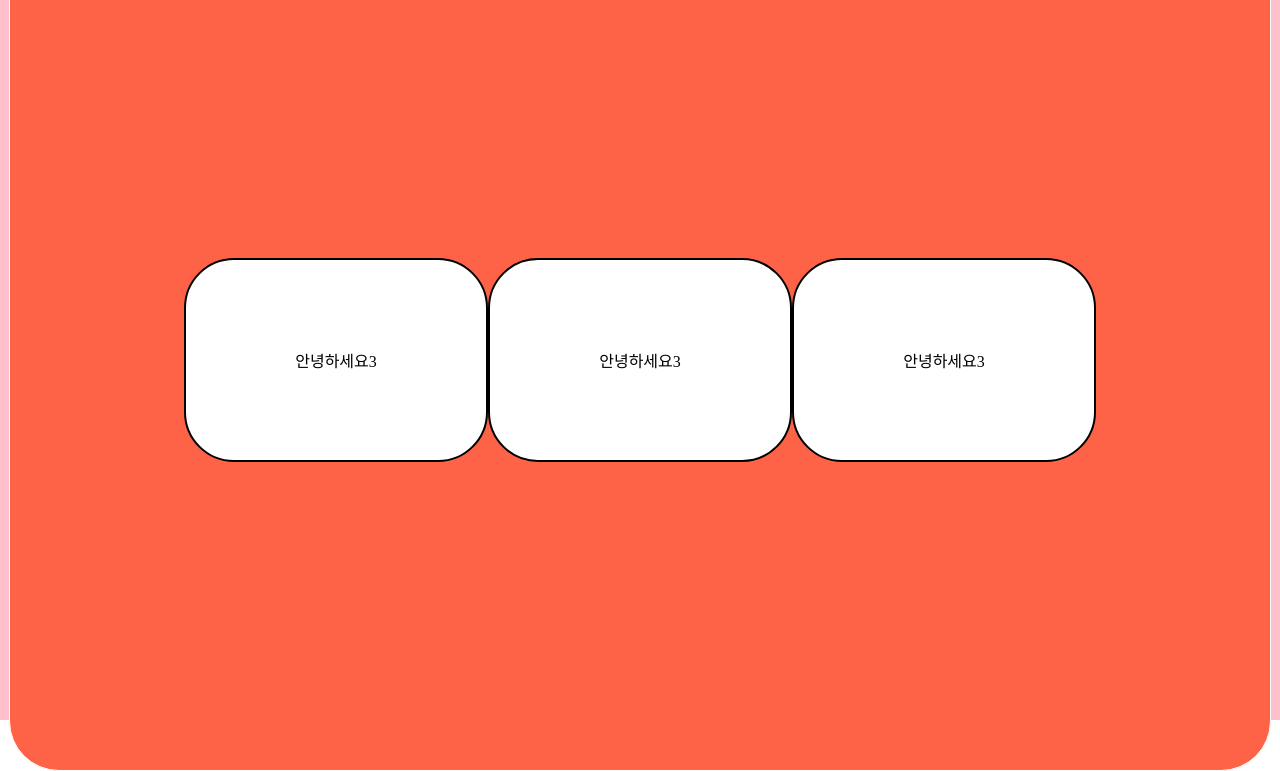
Repository: Devhyeongseon/Academy_Jsp
Page: http://localhost/MyBasic/user/DIV_Study.jsp
These files come from the project's save history. The page is drawn as it stood at one moment and after the next save; the edit follows.
The browser window is 1280 px wide. The pictures show the whole page.
The page is served by Tomcat 9.

Above is the page before, as saved 2024-01-10 08:00:12.

### MyBasic/src/main/webapp/user/DIV_Study.jsp
<%@ page language="java" contentType="text/html; charset=UTF-8"
	pageEncoding="UTF-8"%>
<!DOCTYPE html>
<html>
<head>
<meta charset="UTF-8">
<title>Insert title here</title>

<style>
p{
align-items:center;
 /* text-align: center; */

}
html, body {
	width: 100%;
	height: 100%;
	margin: 0;


}

.fuck1 {
	width: 100vw;
	height: 100vh;
	background: pink;

	  display : flex;
    justify-content : center;
    align-items : center;

}
.fuck2 {
	width: 1200px;
	height:800px;
	background: tomato;
	border: 1px solid white;
    border-radius: 50px;
    padding: 10px 30px;



    display : flex;
    justify-content : center;
    align-items : center;


}
.fuck3 {
	width:300px;
	height:200px;
	background: white;
	border: 2px solid black;
	border-radius: 50px;

	display : flex;
    justify-content : center;
    align-items : center;


}
</style>
</head>


<body>

	<div class="fuck1">
		<div class="fuck2">
			<div class="fuck3">안녕하세요3</div>
			<div class="fuck3">안녕하세요3</div>
			<div class="fuck3">안녕하세요3</div>

		</div>
	</div>

</body>
</html>

After the next save:
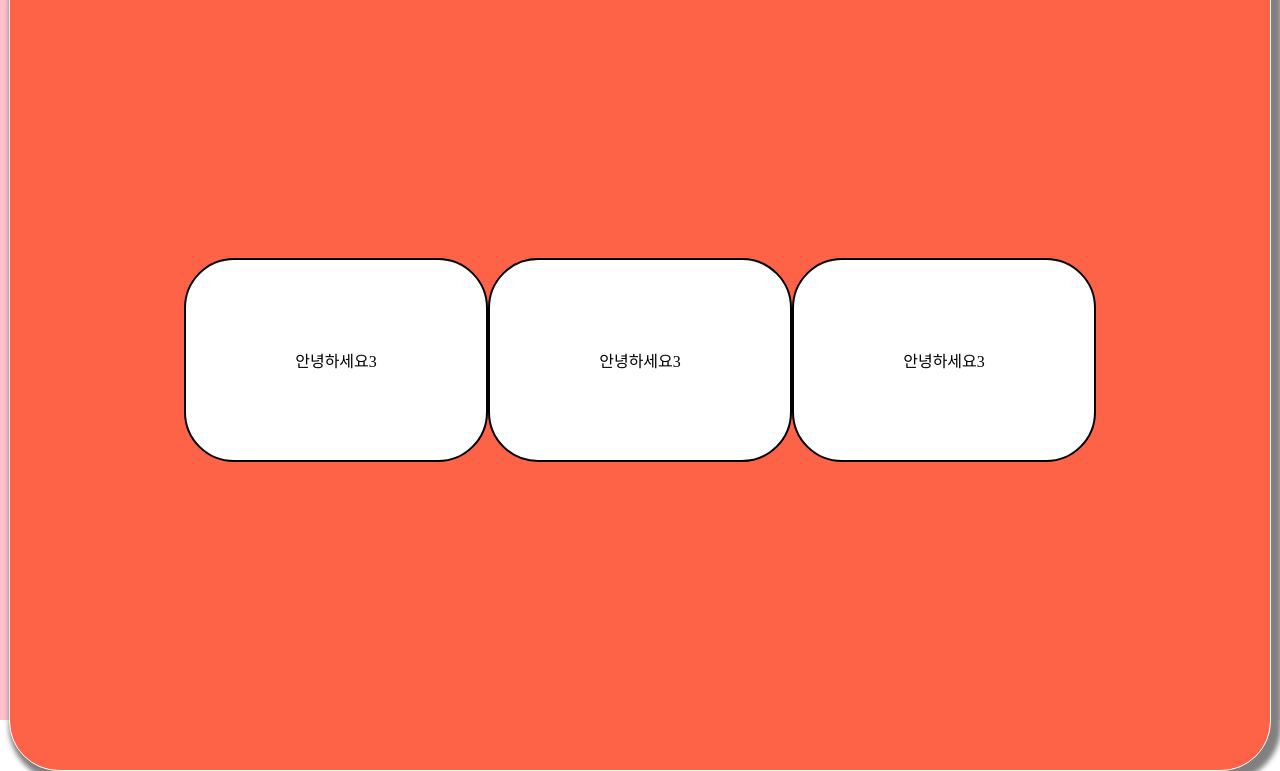
Saved 72 s later.
--- a/MyBasic/src/main/webapp/user/DIV_Study.jsp
+++ b/MyBasic/src/main/webapp/user/DIV_Study.jsp
@@ -37,6 +37,7 @@ html, body {
 	border: 1px solid white;
     border-radius: 50px;
     padding: 10px 30px;
+    box-shadow: 5px 5px 5px 5px gray;
 
 
 
